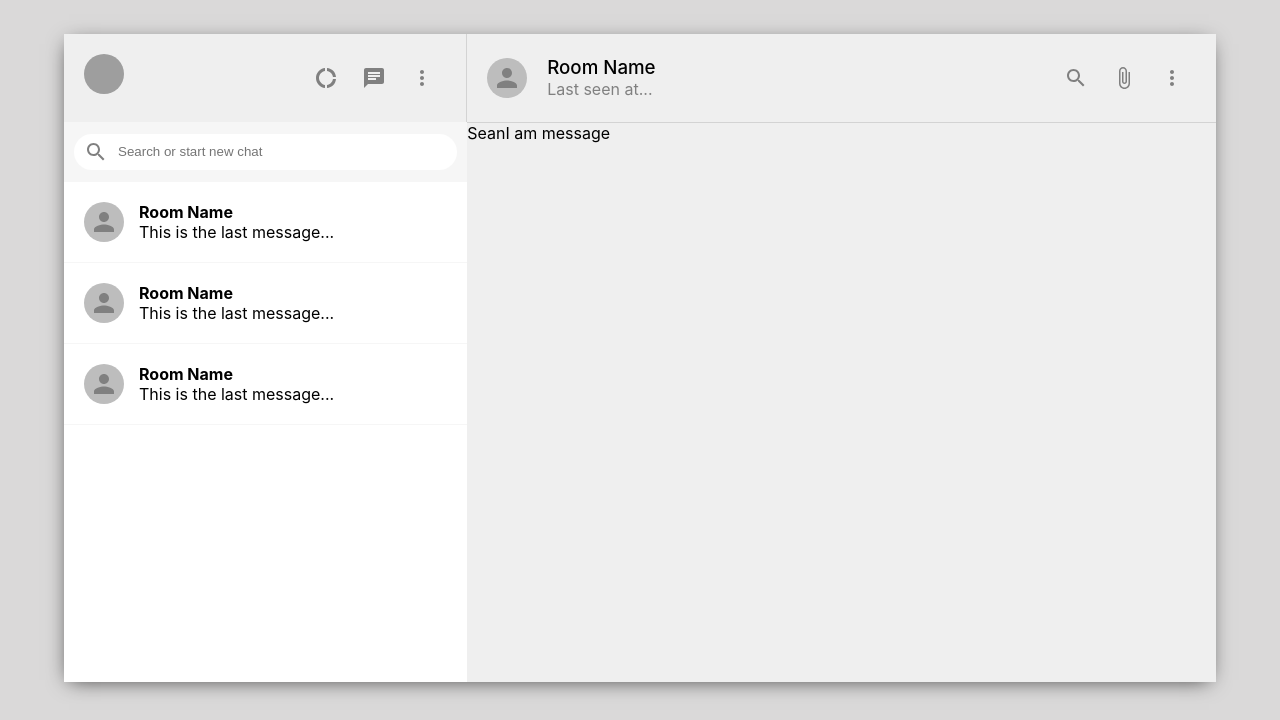
Repository: BogoGit/clone-whatsapp
Page: / (app in whatsapp-front/)
The author's editor kept a copy of each file at every save. The page is drawn from the files as they stood at one save, then again after the next save.
The browser window is 1280 px wide. The pictures show the whole page.
Pictures or frames that could not be fetched are drawn as grey boxes. The project was rebuilt for these pictures with package versions that can differ from the ones it lists, and the page was loaded fresh each time.

Above is the page before, as saved 2020-11-18 21:25:49.

After the next save:
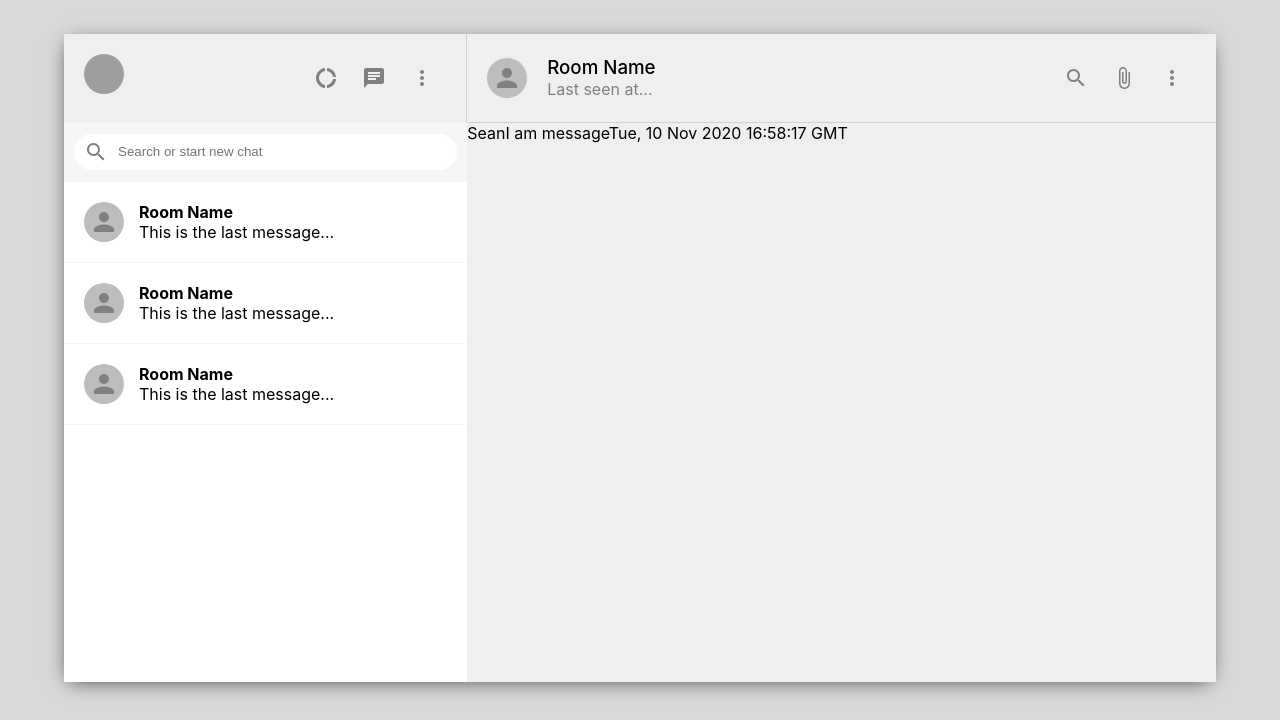
Saved 16 s later.
--- a/whatsapp-front/src/Components/Chat.js
+++ b/whatsapp-front/src/Components/Chat.js
@@ -27,7 +27,7 @@ const Chat = () => {
 			<div className='chat__body'>
 				<p>
 					<span class='chat__name'>Sean</span>I am message
-					<span class='chat__timestamp'>{}</span>
+					<span class='chat__timestamp'>{new Date().toUTCString()}</span>
 				</p>
 			</div>
 		</div>
